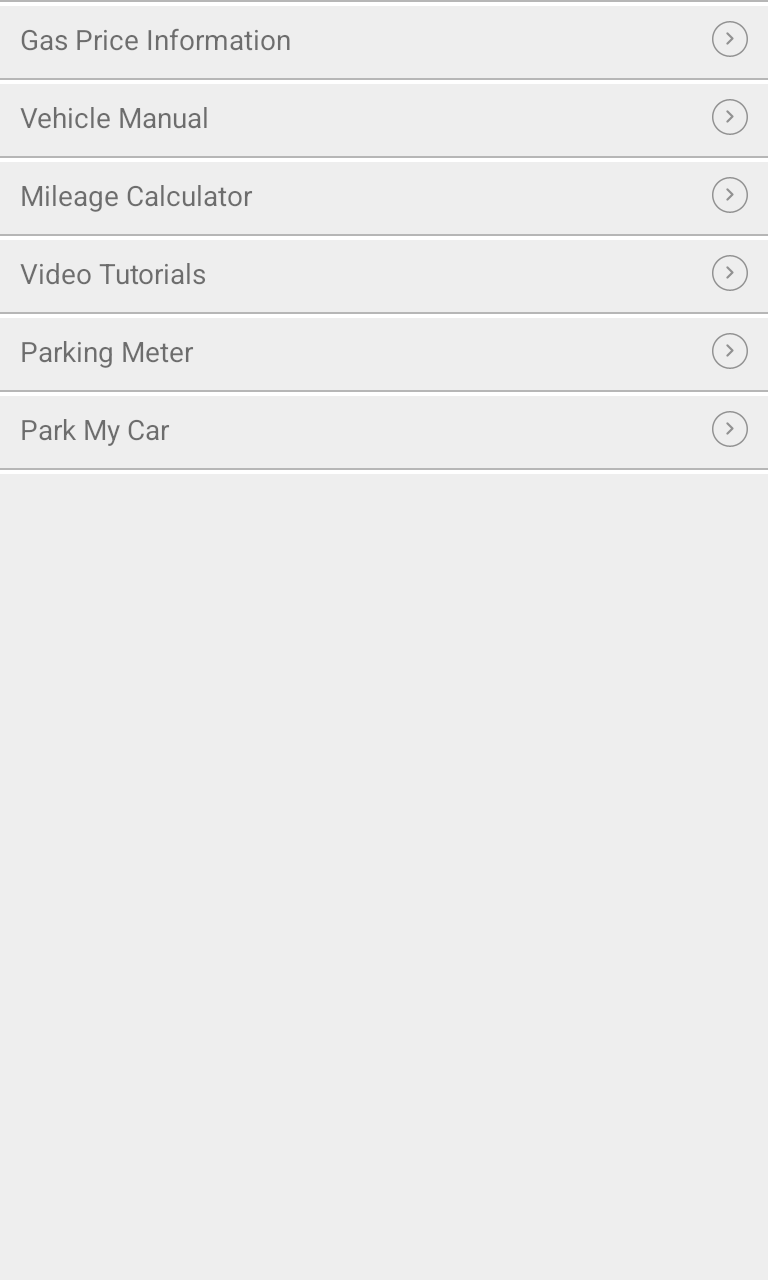
Repository: lMayuraDevani/BrentBrown
Layout: BrentBrown/res/layout/fragment_tools.xml
An editor plug-in stored every save of this project. The layout is shown before and after the next save, followed by the edit.
It is drawn on a 768 x 1280 px phone screen (xhdpi) without system bars, with theme AppTheme; the app's code is not run.

Above is the layout before, as saved 2014-11-12 10:10:02.

### BrentBrown/res/layout/fragment_tools.xml
<?xml version="1.0" encoding="utf-8"?>
<ScrollView xmlns:android="http://schemas.android.com/apk/res/android"
    android:layout_width="fill_parent"
    android:layout_height="fill_parent"
    android:fillViewport="true" >

    <LinearLayout
        android:layout_width="fill_parent"
        android:layout_height="fill_parent"
        android:orientation="vertical" >

        <LinearLayout
            android:layout_width="match_parent"
            android:layout_height="wrap_content"
            android:background="@android:color/white" >
        </LinearLayout>

        <LinearLayout
            android:layout_width="match_parent"
            android:layout_height="wrap_content"
            android:layout_weight="1"
            android:background="@color/gray_backgroound"
            android:orientation="vertical" >

            <LinearLayout
                android:layout_width="match_parent"
                android:layout_height="wrap_content"
                android:background="@drawable/selector_list_background_vehicle_detail"
                android:clickable="true"
                android:padding="10dp" >

                <TextView
                    android:id="@+id/textView6"
                    android:layout_width="wrap_content"
                    android:layout_height="wrap_content"
                    android:layout_weight="1"
                    android:text="Gas Price Information" />

                <ImageView
                    android:layout_width="wrap_content"
                    android:layout_height="fill_parent"
                    android:src="@drawable/arrow" >
                </ImageView>
            </LinearLayout>

            <LinearLayout
                android:layout_width="match_parent"
                android:layout_height="wrap_content"
                android:background="@drawable/selector_list_background_vehicle_detail"
                android:clickable="true"
                android:padding="10dp" >

                <TextView
                    android:id="@+id/textView7"
                    android:layout_width="wrap_content"
                    android:layout_height="wrap_content"
                    android:layout_weight="1"
                    android:text="Vehicle Manual" />

                <ImageView
                    android:layout_width="wrap_content"
                    android:layout_height="fill_parent"
                    android:src="@drawable/arrow" >
                </ImageView>
            </LinearLayout>

            <LinearLayout
                android:layout_width="match_parent"
                android:layout_height="wrap_content"
                android:background="@drawable/selector_list_background_vehicle_detail"
                android:clickable="true"
                android:padding="10dp" >

                <TextView
                    android:id="@+id/textView8"
                    android:layout_width="wrap_content"
                    android:layout_height="wrap_content"
                    android:layout_weight="1"
                    android:text="Mileage Calculator" />

                <ImageView
                    android:layout_width="wrap_content"
                    android:layout_height="fill_parent"
                    android:src="@drawable/arrow" >
                </ImageView>
            </LinearLayout>

            <LinearLayout
                android:layout_width="match_parent"
                android:layout_height="wrap_content"
                android:background="@drawable/selector_list_background_vehicle_detail"
                android:clickable="true"
                android:padding="10dp" >

                <TextView
                    android:id="@+id/textView9"
                    android:layout_width="wrap_content"
                    android:layout_height="wrap_content"
                    android:layout_weight="1"
                    android:text="Video Tutorials" />

                <ImageView
                    android:layout_width="wrap_content"
                    android:layout_height="fill_parent"
                    android:src="@drawable/arrow" >
                </ImageView>
            </LinearLayout>

            <LinearLayout
                android:layout_width="match_parent"
                android:layout_height="wrap_content"
                android:background="@drawable/selector_list_background_vehicle_detail"
                android:clickable="true"
                android:padding="10dp" >

                <TextView
                    android:id="@+id/textView11"
                    android:layout_width="wrap_content"
                    android:layout_height="wrap_content"
                    android:layout_weight="1"
                    android:text="Parking Meter" />

                <ImageView
                    android:layout_width="wrap_content"
                    android:layout_height="fill_parent"
                    android:src="@drawable/arrow" >
                </ImageView>
            </LinearLayout>

            <LinearLayout
                android:layout_width="match_parent"
                android:layout_height="wrap_content"
                android:background="@drawable/selector_list_background_vehicle_detail"
                android:clickable="true"
                android:padding="10dp" >

                <TextView
                    android:id="@+id/textView10"
                    android:layout_width="wrap_content"
                    android:layout_height="wrap_content"
                    android:layout_weight="1"
                    android:text="Park My Car" />

                <ImageView
                    android:layout_width="wrap_content"
                    android:layout_height="fill_parent"
                    android:src="@drawable/arrow" >
                </ImageView>
            </LinearLayout>

            <LinearLayout
                android:layout_width="match_parent"
                android:layout_height="wrap_content"
                android:background="@drawable/list_background_vehicle_detail"
                android:padding="10dp" >
            </LinearLayout>
        </LinearLayout>
    </LinearLayout>

</ScrollView>

### BrentBrown/res/values/styles.xml
<resources xmlns:android="http://schemas.android.com/apk/res/android">

    <style name="AppBaseTheme" parent="Theme.AppCompat"></style>

    <!-- Application theme. -->
    <style name="AppTheme" parent="AppBaseTheme">
        <item name="actionBarStyle">@style/CustomizedActionbar</item>
        <item name="actionBarTabStyle">@style/CustomizedActionbarTabs</item>
        <item name="android:actionBarStyle">@style/CustomizedActionbar</item>
        <item name="android:actionBarTabStyle">@style/CustomizedActionbarTabs</item>
    </style>

    <!-- ActionBar styles -->
    <style name="CustomizedActionbar" parent="@style/Widget.AppCompat.ActionBar">
        <item name="android:background">@color/ActionBarColor</item>

        <!-- Support library compatibility -->
        <item name="background">@color/ActionBarColor</item>
        <item name="android:divider">@drawable/tabdivider</item>
    </style>

    <!-- ActionBar tabs styles -->
    <style name="CustomizedActionbarTabs" parent="@style/Widget.AppCompat.ActionBar.TabView">

        <!-- tab indicator -->
        <item name="android:background">@drawable/actionbar_tab_indicator</item>
        <item name="android:divider">@drawable/tabdivider</item>

        <!-- Support library compatibility -->
        <item name="background">@drawable/actionbar_tab_indicator</item>
    </style>

</resources>

### BrentBrown/res/drawable/actionbar_tab_indicator.xml
<?xml version="1.0" encoding="utf-8"?>
<selector xmlns:android="http://schemas.android.com/apk/res/android">

<!-- STATES WHEN BUTTON IS NOT PRESSED -->

    <!-- Non focused states -->
    <item android:state_focused="false" android:state_selected="false"
          android:state_pressed="false"

          android:drawable="@drawable/tab_unselected" />
    <item android:state_focused="false" android:state_selected="true"
          android:state_pressed="false"

          android:drawable="@drawable/tab_selected" />

    <!-- Focused states (such as when focused with a d-pad or mouse hover) -->
    <item android:state_focused="true" android:state_selected="false"
          android:state_pressed="false"
          android:drawable="@drawable/tab_unselected_focused" />
    <item android:state_focused="true" android:state_selected="true"
          android:state_pressed="false"
          android:drawable="@drawable/tab_selected_focused" />


<!-- STATES WHEN BUTTON IS PRESSED -->

    <!-- Non focused states -->
    <item android:state_focused="false" android:state_selected="false"
          android:state_pressed="true"
          android:drawable="@drawable/tab_unselected_pressed" />
    <item android:state_focused="false" android:state_selected="true"
        android:state_pressed="true"
        android:drawable="@drawable/tab_selected_pressed" />

    <!-- Focused states (such as when focused with a d-pad or mouse hover) -->
    <item android:state_focused="true" android:state_selected="false"
          android:state_pressed="true"
          android:drawable="@drawable/tab_unselected_pressed" />
    <item android:state_focused="true" android:state_selected="true"
          android:state_pressed="true"
          android:drawable="@drawable/tab_selected_pressed" />
</selector>

### BrentBrown/res/drawable/tabdivider.xml
<?xml version="1.0" encoding="utf-8"?>
<shape xmlns:android="http://schemas.android.com/apk/res/android"
    android:shape="line"  >

      <size android:width="2dp" android:height="10dp"/>
    <solid android:color="@color/BorderGrayColor" />
    <padding android:left="15dp" android:top="15dp" />

</shape>

### BrentBrown/res/values/color.xml
<?xml version="1.0" encoding="utf-8"?>
<resources>

    <color name="gray_list_item">#E5E5E5</color>
    <color name="gray_backgroound">#EEEEEE</color>
    <color name="gray_border">#b6b6b6</color>
    <color name="ActionBarColor">#25C389</color>
    <color name="BorderGrayColor">#CED8D8</color>
    <color name="OrangeTabColor">#F5963C</color>
    <color name="TurquoiseBlueTabColor">#05AEAA</color>
    <color name="MediumGrayBackColor">#D8D8D8</color>
    <color name="list_item_title">#444444</color>
    <color name="list_item_subtitle">#929292</color>
    <color name="dark_gray_for_front">#4d4d4d</color>



</resources>

### BrentBrown/res/drawable/tab_unselected.xml
<shape xmlns:android="http://schemas.android.com/apk/res/android"
    android:shape="rectangle" >

    <solid android:color="@color/OrangeTabColor" />

</shape>

### BrentBrown/res/drawable/tab_selected.xml
<?xml version="1.0" encoding="utf-8"?>
<shape xmlns:android="http://schemas.android.com/apk/res/android"
    android:shape="rectangle" >

    <solid android:color="@color/TurquoiseBlueTabColor" />



</shape>

### BrentBrown/res/drawable/tab_unselected_focused.xml
<shape xmlns:android="http://schemas.android.com/apk/res/android"
    android:shape="rectangle" >



   <solid android:color="@color/OrangeTabColor"/>

</shape>

### BrentBrown/res/drawable/tab_selected_focused.xml
<?xml version="1.0" encoding="utf-8"?>
<shape xmlns:android="http://schemas.android.com/apk/res/android"
    android:shape="rectangle" >



 <solid android:color="@color/TurquoiseBlueTabColor" />



</shape>

### BrentBrown/res/drawable/tab_unselected_pressed.xml
<shape xmlns:android="http://schemas.android.com/apk/res/android"
    android:shape="rectangle" >



    <solid android:color="@color/OrangeTabColor" />

</shape>

### BrentBrown/res/drawable/tab_selected_pressed.xml
<?xml version="1.0" encoding="utf-8"?>
<shape xmlns:android="http://schemas.android.com/apk/res/android"
    android:shape="rectangle" >
    <solid android:color="@color/TurquoiseBlueTabColor" />

</shape>

### BrentBrown/res/drawable/selector_list_background_vehicle_detail.xml
<?xml version="1.0" encoding="utf-8"?>
<selector xmlns:android="http://schemas.android.com/apk/res/android">

    <item android:drawable="@drawable/list_background_vehicle_detail_pressed" android:state_pressed="true"></item>
    <item android:drawable="@drawable/list_background_vehicle_detail_pressed" android:state_focused="true"></item>
     <item android:drawable="@drawable/list_background_vehicle_detail_pressed" android:state_selected="true"></item>
    <item android:drawable="@drawable/list_background_vehicle_detail"></item>

</selector>

### BrentBrown/res/drawable/list_background_vehicle_detail.xml
<?xml version="1.0" encoding="utf-8"?>
<layer-list xmlns:android="http://schemas.android.com/apk/res/android" >

    <item>
        <shape android:shape="rectangle" >
            <solid android:color="@color/gray_border" >
            </solid>

            <corners android:radius="0dp" />
        </shape>
    </item>
    <item android:top="1dp">
        <shape android:shape="rectangle" >
            <solid android:color="@android:color/white" >
            </solid>

            <corners android:radius="0dp" />
        </shape>
    </item>
    <item android:top="3dp">
        <shape android:shape="rectangle" >
            <solid android:color="@color/gray_backgroound" />

            <corners android:radius="0dp" />
        </shape>
    </item>

</layer-list>

### BrentBrown/res/drawable/list_background_vehicle_detail_pressed.xml
<?xml version="1.0" encoding="utf-8"?>
<layer-list xmlns:android="http://schemas.android.com/apk/res/android" >

    <item>
        <shape android:shape="rectangle" >
            <solid android:color="@color/gray_border" >
            </solid>

            <corners android:radius="0dp" />
        </shape>
    </item>
    <item android:top="1dp">
        <shape android:shape="rectangle" >
            <solid android:color="@android:color/white" >
            </solid>

            <corners android:radius="0dp" />
        </shape>
    </item>
    <item android:top="3dp">
        <shape android:shape="rectangle" >
            <solid android:color="@color/OrangeTabColor" />

            <corners android:radius="0dp" />
        </shape>
    </item>

</layer-list>

Loaded but not shown: BrentBrown/res/values-v11/styles.xml (common file); BrentBrown/res/values-v14/styles.xml (common file)

After the next save:
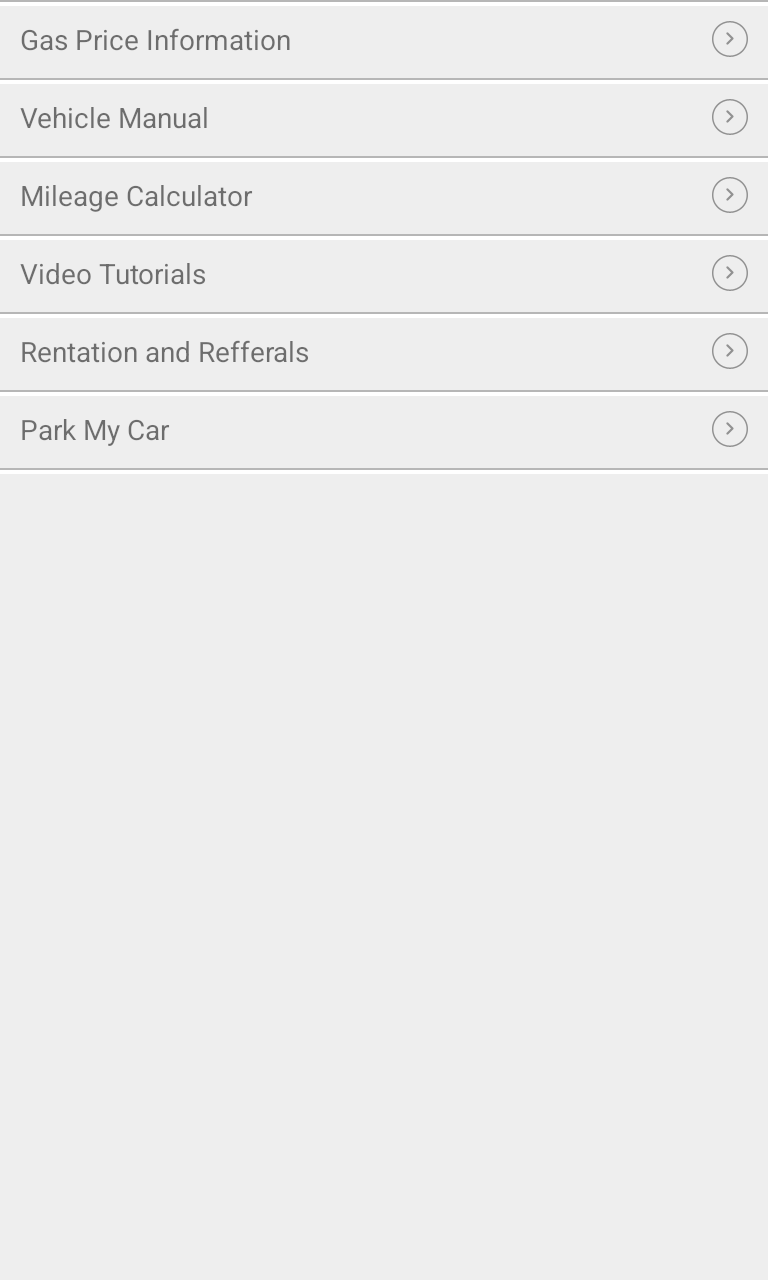
Saved 12 min 7 s later.
--- a/BrentBrown/res/layout/fragment_tools.xml
+++ b/BrentBrown/res/layout/fragment_tools.xml
@@ -118,7 +118,7 @@
                     android:layout_width="wrap_content"
                     android:layout_height="wrap_content"
                     android:layout_weight="1"
-                    android:text="Parking Meter" />
+                    android:text="Rentation and Refferals" />
 
                 <ImageView
                     android:layout_width="wrap_content"
